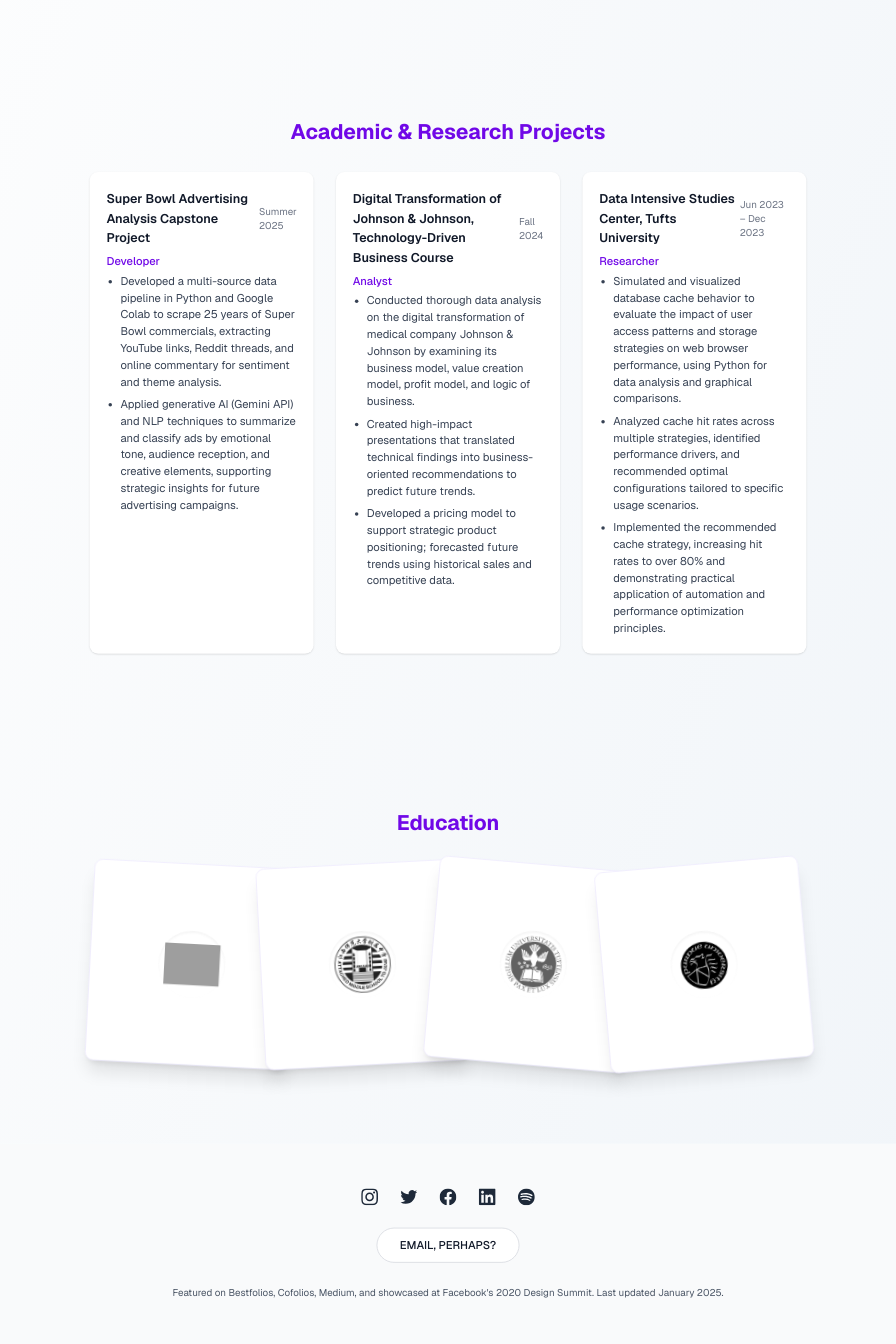
Repository: winniewyl/personal-portfolio
Page: /
An editor plug-in stored every save of this project. The page is shown before and after the next save, followed by the edit.
The browser window is 1280 px wide. The pictures show the part of the page from y = 1767 to 3687 px (the page is 3687 px tall before and 3605 px after), at 70% of full size.
Pictures or frames that could not be fetched are drawn as grey boxes. The project was rebuilt for these pictures with package versions that can differ from the ones it lists, and the page was loaded fresh each time. The framework's server and built-in components were replaced by stand-ins that run in the browser. Also part of the build but not shown: next.config.ts.

Above is the page before, as saved 2025-07-29 13:38:02.

After the next save:
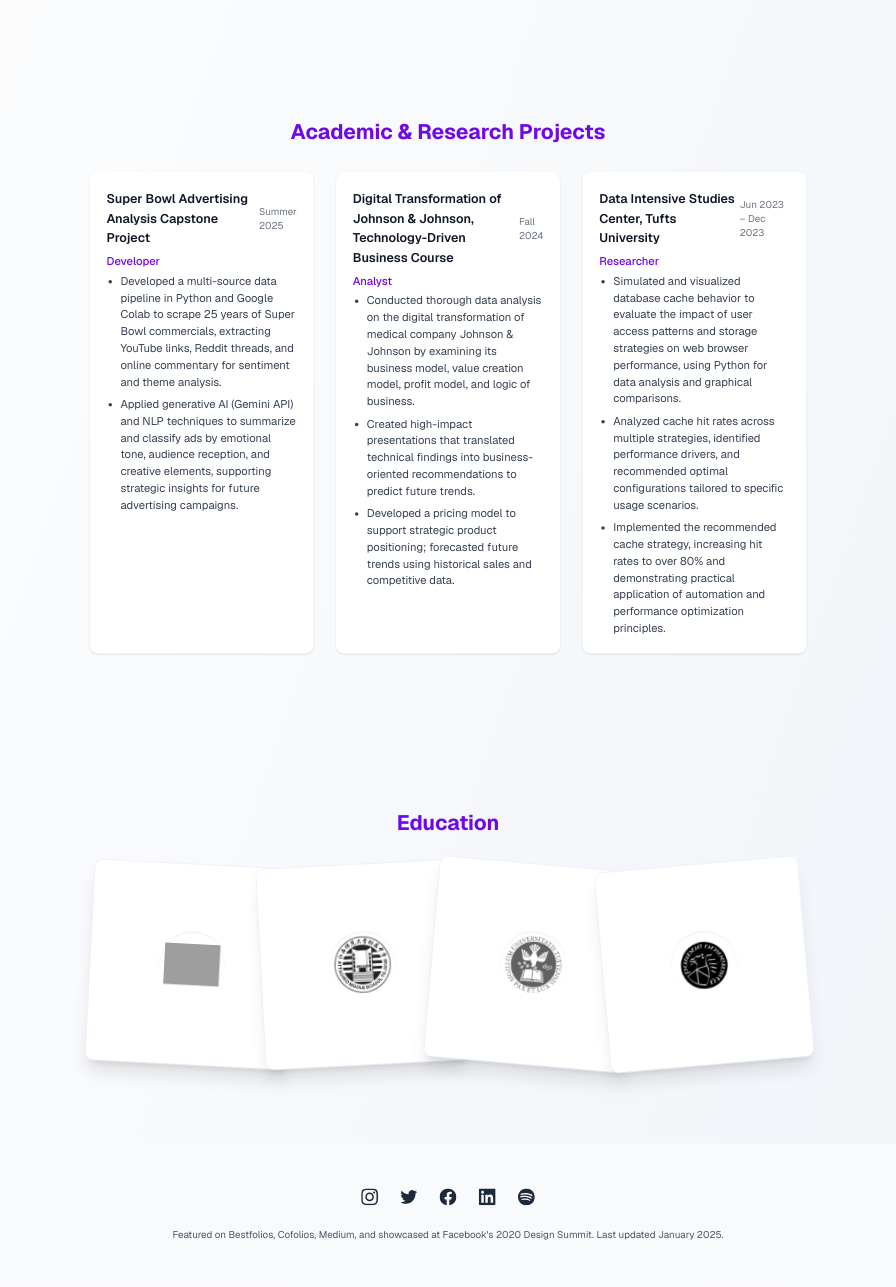
Saved 2 min 27 s later.
--- a/src/app/page.tsx
+++ b/src/app/page.tsx
@@ -388,14 +388,6 @@
             </a>
           </div>
 
-          {/* Email Button */}
-          <a
-            href="mailto:wangyuling352@gmail.com"
-            className="inline-block px-8 py-3 bg-white dark:bg-gray-800 border border-gray-300 dark:border-gray-600 rounded-full text-gray-900 dark:text-white font-medium hover:bg-gray-50 dark:hover:bg-gray-700 transition-colors"
-          >
-            EMAIL, PERHAPS?
-          </a>
-
           {/* Acknowledgment Text */}
           <p className="text-sm text-gray-600 dark:text-gray-400 text-center">
             Featured on Bestfolios, Cofolios, Medium, and showcased at
